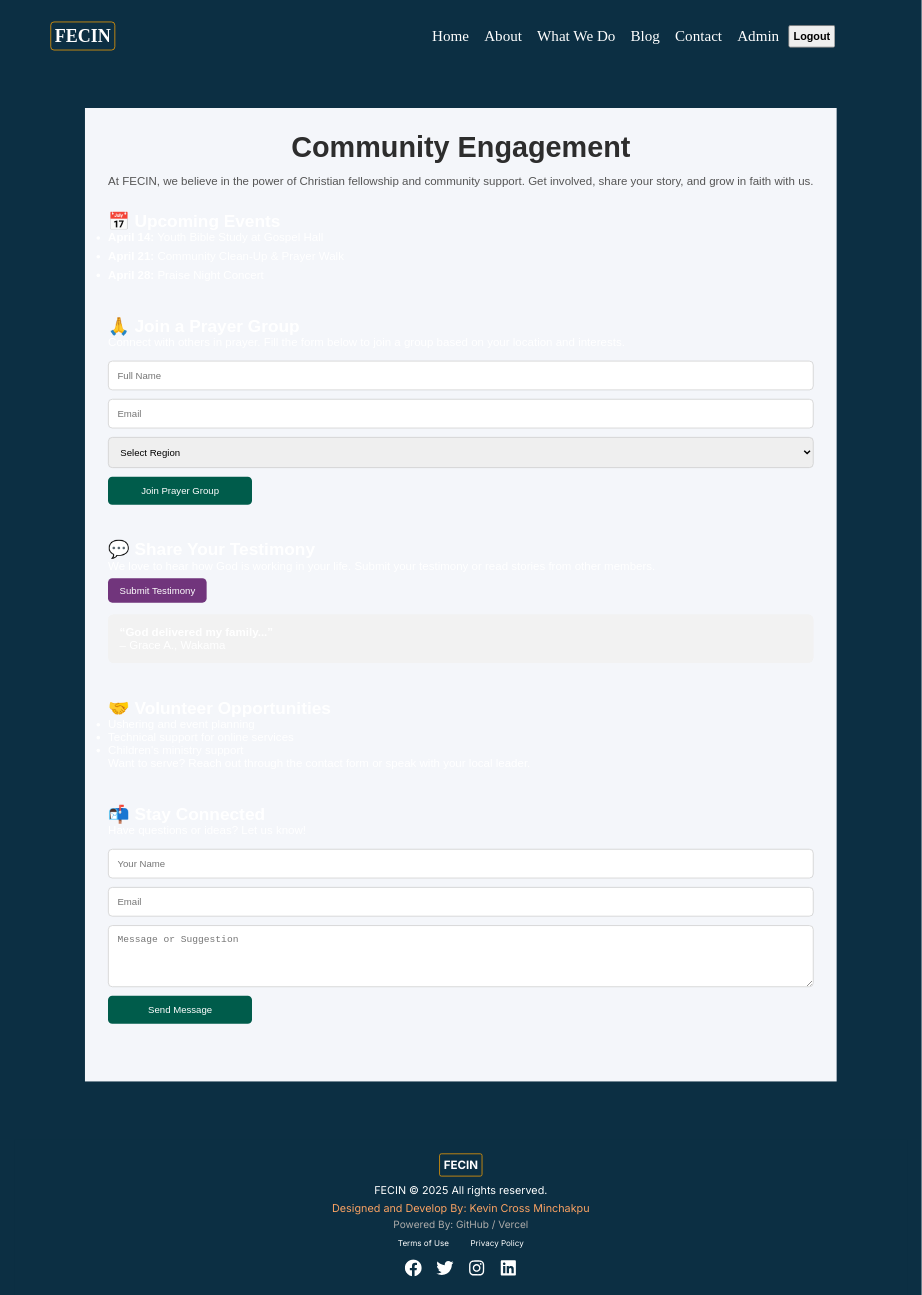
Repository: KCMinchakpu/fecin-projectgs497
Page: /community-engagement
An editor plug-in stored every save of this project. The page is shown before and after the next save, followed by the edit.
The browser window is 1280 px wide. The pictures show the whole page, at 72% of full size.
The project was rebuilt for these pictures with package versions that can differ from the ones it lists, and the page was loaded fresh each time. The framework's server and built-in components were replaced by stand-ins that run in the browser. Also part of the build but not shown: next.config.mjs.

Above is the page before, as saved 2025-04-07 12:37:14.

### src/app/layout.js
import {Inter} from "next/font/google";
import "./globals.css";
import Navbar from "@/components/navbar/Navbar";
import Footer from "@/components/footer/Footer";

const inter = Inter({ subsets: ["latin"]});

export const metadata = {
  title: "FECIN Bible Translation Project",
  description: "This is the official FECIN Bible Translation Project",
};

export default function RootLayout({ children }) {
  return (
    <html lang="en">
      <body className={inter.className}>
        <div className="container">
        <Navbar />
        {children}
        <Footer />
        </div>
      </body>
    </html>
  );
}

### src/app/community-engagement/page.jsx
import React from 'react';
import styles from './CommunityEngagement.module.css';

const CommunityPage = () => {
  return (
    <div className={styles.container}>
      <h1 className={styles.heading}>Community Engagement</h1>
      <p className={styles.intro}>
        At FECIN, we believe in the power of Christian fellowship and community support. Get involved, share your story, and grow in faith with us.
      </p>

      <section className={styles.section}>
        <h2>📅 Upcoming Events</h2>
        <ul className={styles.eventList}>
          <li>
            <strong>April 14:</strong> Youth Bible Study at Gospel Hall
          </li>
          <li>
            <strong>April 21:</strong> Community Clean-Up & Prayer Walk
          </li>
          <li>
            <strong>April 28:</strong> Praise Night Concert
          </li>
        </ul>
      </section>

      <section className={styles.section}>
        <h2>🙏 Join a Prayer Group</h2>
        <p>
          Connect with others in prayer. Fill the form below to join a group based on your location and interests.
        </p>
        <form className={styles.form}>
          <input type="text" placeholder="Full Name" required />
          <input type="email" placeholder="Email" required />
          <select required>
            <option value="">Select Region</option>
            <option value="lafia">Lafia</option>
            <option value="abar">Abar</option>
            <option value="wakama">Wakama</option>
            <option value="other">Nasarawa Eggon</option>
            <option value="other">Mada Station</option>
            <option value="other">Kagbu</option>
          </select>
          <button type="submit">Join Prayer Group</button>
        </form>
      </section>

      <section className={styles.section}>
        <h2>💬 Share Your Testimony</h2>
        <p>
          We love to hear how God is working in your life. Submit your testimony or read stories from other members.
        </p>
        <button className={styles.testimonyButton}>Submit Testimony</button>
        <div className={styles.testimonyCard}>
          <h4>“God delivered my family...”</h4>
          <p>– Grace A., Wakama</p>
        </div>
      </section>

      <section className={styles.section}>
        <h2>🤝 Volunteer Opportunities</h2>
        <ul>
          <li>Ushering and event planning</li>
          <li>Technical support for online services</li>
          <li>Children's ministry support</li>
        </ul>
        <p>
          Want to serve? Reach out through the contact form or speak with your local leader.
        </p>
      </section>

      <section className={styles.section}>
        <h2>📬 Stay Connected</h2>
        <p>Have questions or ideas? Let us know!</p>
        <form className={styles.form}>
          <input type="text" placeholder="Your Name" required />
          <input type="email" placeholder="Email" required />
          <textarea rows={4} placeholder="Message or Suggestion" required />
          <button type="submit">Send Message</button>
        </form>
      </section>
    </div>
  );
};

export default CommunityPage;

### src/app/globals.css
:root {
    --bg: #0c2f43;
    --text: white;
    --bgSoft: #091f2c;
    --textSoft: rgb(237, 232, 232);
    --btn: #de3c21;
    --bgWhite: white;
    --textGray: #444444;
}

/* Box sizing rules */
* {
    box-sizing: border-box;
    margin:0;
    padding: 0;
  }

/* Set core body defaults */
body {
    background-color: var(--bgWhite);
    color: var(--text);
  }

a {
    color: inherit;
    text-decoration: none;
}

.container {
  background-color: var(--bg);
  width: 100%; /* Default for small screens */
  margin: auto;
  padding-left: 20px;
  padding-right: 20px;
  min-height: 120vh;
  display: flex;
  flex-direction: column;
  justify-content: space-between;
}

### src/components/navbar/Navbar.jsx
import React from 'react';
import Link from 'next/link';
import Links from "./links/Links";
import styles from "./navbar.module.css";

const Navbar = () => {
  return (
    <div className={styles.container}>
      <Link href="/" className={styles.logo}>FECIN</Link>
      <div>
        <Links />
      </div>
    </div>
  );
};

export default Navbar;

### src/components/footer/Footer.jsx
import React from 'react';
import styles from './footer.module.css';
import { FaFacebook, FaTwitter, FaInstagram, FaLinkedin } from 'react-icons/fa';

const Footer = () => {
  return (
    <div className={styles.container}>
      <div className={styles.logo}>
        {/* You can add a logo image here if needed */}
        <h2>FECIN</h2>
      </div>
      <div>
        <p className={styles.text}>FECIN © 2025 All rights reserved.</p>
        <p className={styles.author}>
          <a href="https://www.linkedin.com/in/kevin-cross-minchakpu-7897379a" target="_blank">Designed and Develop By: Kevin Cross Minchakpu</a>
          </p>
        <p className={styles.company}>
          <a href="https://octatesystems.github.io/OSNigeria/">Powered By: GitHub / Vercel</a>
          </p>
      </div>
      <div className={styles.links}>
        <a href="/terms" className={styles.link}>Terms of Use</a>
        <a href="/privacy" className={styles.link}>Privacy Policy</a>
      </div>
      <div className={styles.socialIcons}>
        <a href="https://facebook.com" target="_blank" rel="noopener noreferrer" className={styles.icon}>
          <FaFacebook />
        </a>
        <a href="https://twitter.com" target="_blank" rel="noopener noreferrer" className={styles.icon}>
          <FaTwitter />
        </a>
        <a href="https://instagram.com" target="_blank" rel="noopener noreferrer" className={styles.icon}>
          <FaInstagram />
        </a>
        <a href="https://linkedin.com" target="_blank" rel="noopener noreferrer" className={styles.icon}>
          <FaLinkedin />
        </a>
      </div>
    </div>
  );
};

export default Footer;

### src/app/community-engagement/CommunityEngagement.module.css
.container {
    padding: 2rem;
    margin: 0 auto;
    font-family: 'Arial', sans-serif;
    background-color: #f4f6fa;
    margin-top: 50px;
    margin-bottom: 80px;
  }

  .heading {
    font-size: 2.5rem;
    text-align: center;
    margin-bottom: 1rem;
    color: #2d2d2d;
  }

  .intro {
    text-align: center;
    margin-bottom: 2rem;
    color: #555;
  }

  .section {
    margin-bottom: 3rem;
  }

  .eventList li {
    margin-bottom: 0.5rem;
  }

  .form {
    display: flex;
    flex-direction: column;
    gap: 0.75rem;
    margin-top: 1rem;
  }

  .form input,
  .form select,
  .form textarea {
    padding: 0.75rem;
    border: 1px solid #ccc;
    border-radius: 6px;
  }

  .form button {
    width: 200px;
    background-color: #005c4b;
    color: white;
    padding: 0.75rem;
    border: none;
    border-radius: 6px;
    cursor: pointer;
  }

  .form button:hover {
    background-color: #008c6a;
  }

  .testimonyCard {
    background-color: #f2f2f2;
    padding: 1rem;
    border-radius: 8px;
    margin-top: 1rem;
  }

  .testimonyButton {
    margin-top: 0.5rem;
    background-color: #71357c;
    color: white;
    padding: 0.6rem 1rem;
    border: none;
    border-radius: 6px;
    cursor: pointer;
  }

  .testimonyButton:hover {
    background-color: #9b53a7;
  }

### src/components/navbar/links/Links.jsx
"use client"

import React from "react";
import {useState} from  "react";
import Image from 'next/image';
import NavLink from "../navLink/NavLink";
import styles from "./links.module.css";


const links = [
  { title: "Home", path: "/" },
  { title: "About", path: "/about" },
  { title: "What We Do", path: "/whatwedo" },
  { title: "Blog", path: "/blog" },
  { title: "Contact", path: "/contact" },
];

const Links = () => {
  const [open,setOpen] = useState(false)

  //Temporary
  const session = true
  const isAdmin = true

  return (
    <div className={styles.container}>
    <div className={styles.links}>
      {links.map((link) => (
        <NavLink item={link} key={link.title} />
      ))}
      {session ? (
          <>
          {isAdmin && <NavLink item={{title: "Admin", path: "/admin"}} />}
         <button className={styles.logout}>Logout</button>
         </>
        ) : (
          <NavLink item={{title: "Login", path: "/login"}} />
        )
      }
      </div>
      <Image
      className={styles.menuButton}
      src="/menu.png"
      alt="Hamburger menu"
      width={30}
      height={30} onClick={() => setOpen((prev) => !prev)}
      />

      {open && ( <div className={styles.mobileLinks}>
          {links.map((link) => (
        <NavLink item={link} key={link.title} />
      ))}
    </div>
)}
</div>
  );
};

export default Links;

### src/components/navbar/navbar.module.css
.container {
    height: 100px;
    display: flex;
    align-items: center;
    justify-content: space-between;
}

.logo {
    font-size: 25px;
    font-weight: bold;
    font-family: "Play", serif;
    font-weight: 700;
    font-style: normal;
    border: 1.5px solid orange;
    padding: 5px;
    border-radius: 5px;
    margin-left: 50px;
}

### src/components/footer/footer.module.css
/* Footer Container */
.container {
    background-color: var(--bg);
    color: white;
    display: flex;
    flex-direction: column;
    align-items: center;
    justify-content: space-between;
    padding: 20px;
    text-align: center;
  }

  .logo h2 {
    font-size: 1rem;
    margin-bottom: 10px;
    border: 1px solid orange;
    padding: 5px;
    border-radius: 3px;
  }

  .text {
    margin-bottom: 5px;
    font-size: 15px;

  }
  .author {
    margin-bottom: 5px;
    font-size: 15px;
    color: rgb(250, 162, 99);
  }

  .company {
    margin-bottom: 5px;
    font-size: 14px;
    color: rgb(174, 172, 170);
  }

  .author:hover {
    text-decoration: underline;
  }

  .company:hover {
    text-decoration: underline;
  }

  .links {
    margin-bottom: 15px;
  }

  .link {
    color: white;
    margin: 0 15px;
    text-decoration: none;
    font-size: 0.7rem;
  }

  .link:hover {
    text-decoration: underline;
  }

  .socialIcons {
    display: flex;
    justify-content: center;
    gap: 20px;
  }

  .icon {
    font-size: 1.5rem;
    color: white;
    transition: color 0.3s ease;
  }

  .icon:hover {
    color: #0070f3;
  }


  @media (min-width: 768px) {
    .container {
      flex-direction: column;
      align-items: center;
      justify-content: space-around;
    }
  }

### src/components/navbar/navLink/navLink.jsx
"use client";

import React from "react";
import Link from "next/link";
import { usePathname } from "next/navigation";
import styles from "./navLink.module.css";

const NavLink = ({ item }) => {
  const pathName = usePathname();
  return (
    <Link
      href={item.path}
      className={`${styles.container} ${
        pathName === item.path ? styles.active : ""
      }`}
    >
      {item.title}
    </Link>
  );
};

export default NavLink;

### src/components/navbar/links/links.module.css
.links {
    display: flex;
    align-items: center;
    gap: 5px;
    font-family: "Play", serif;
    font-style: normal;
    margin-right: 100px;
    font-size: 21px;
}

.logout {
    padding: 5px;
    cursor: pointer;
    font-weight: bold;
    font-size: 15px;
}

.menuButton,
.mobileLinks {
   display: none;
  }

  @media (max-width: 480px){
    .links {
        display: none;
    }

    .menuButton {
        display: block;
        cursor: pointer;
      }

    .mobileLinks {
        position: absolute;
        top: 100px;
        right: 0;
        width: 50%;
        height: calc(100vh-100px);
        /*background-color: var(--bg);*/
       background-color: brown;
        display: flex;
        flex-direction: column;
        align-items: center;
        justify-content: center;
        gap: 10px;
      }
  }

### src/components/navbar/navLink/navLink.module.css
.container {
    padding: 8px;
    text-align: center;


}

.active {
    background-color: var(--text);
    color: var(--btn);
}

Loaded but not shown: src/app/admin/users/[userId]/role/route.js (no copy from this time; the picture is the same without it)

After the next save:
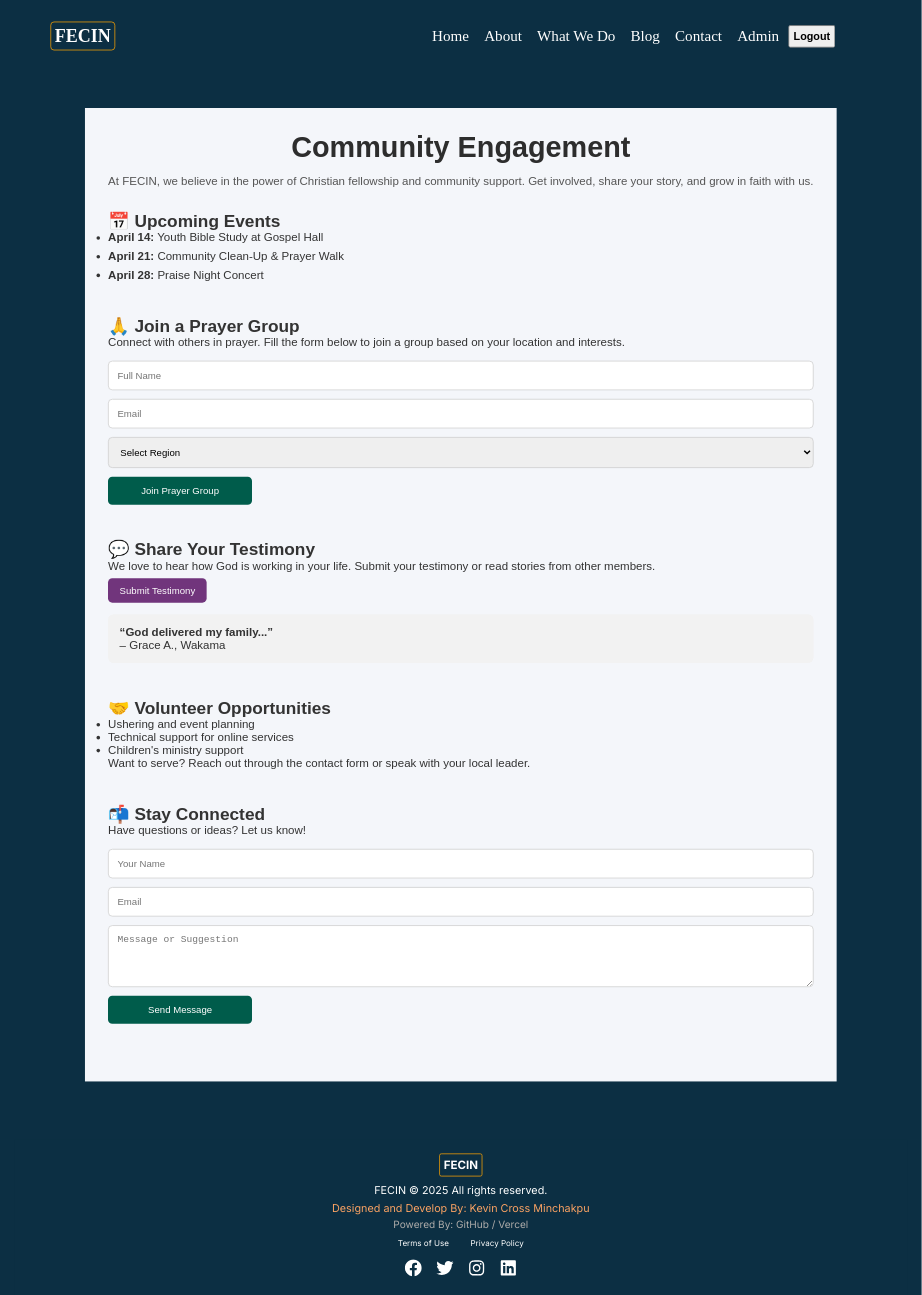
Saved 56 s later.
--- a/src/app/community-engagement/CommunityEngagement.module.css
+++ b/src/app/community-engagement/CommunityEngagement.module.css
@@ -22,6 +22,7 @@
 
   .section {
     margin-bottom: 3rem;
+    color: #333;
   }
 
   .eventList li {
